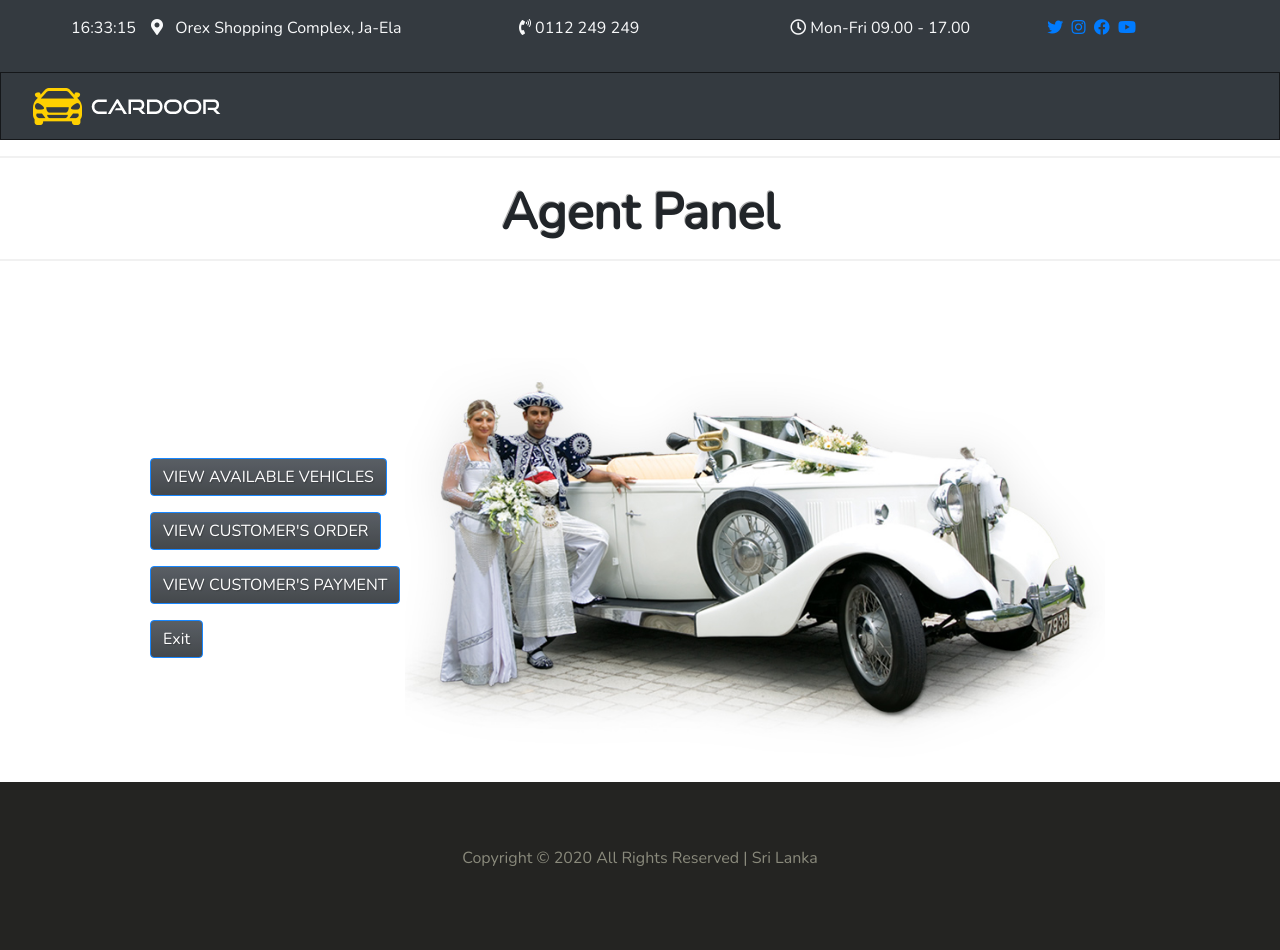
Repository: NipunLakshan99/Cardoor
Page: http://localhost/RentCar/agentHome.jsp
The author's editor kept a copy of each file at every save. The page is drawn from the files as they stood at one save, then again after the next save.
The browser window is 1280 px wide. The pictures show the whole page.
Some web libraries are served in a nearby version. The page is served by Tomcat 9. Other server files are loaded and not shown.

Above is the page before, as saved 2020-05-15 09:32:28.

### RentCar/WebContent/agentHome.jsp
<!DOCTYPE html>
<html>
<head>
<meta charset="ISO-8859-1">
<meta http-equiv="Content-Type" content="text/html; charset=ISO-8859-1">
		<link rel="stylesheet" href="https://stackpath.bootstrapcdn.com/bootstrap/4.3.1/css/bootstrap.min.css" integrity="sha384-ggOyR0iXCbMQv3Xipma34MD+dH/1fQ784/j6cY/iJTQUOhcWr7x9JvoRxT2MZw1T" crossorigin="anonymous">
		<link rel="stylesheet" href="https://bootswatch.com/4/slate/bootstrap.min.css" >
        <link rel="stylesheet" href="https://stackpath.bootstrapcdn.com/bootstrap/4.3.1/css/bootstrap.min.css" integrity="sha384-ggOyR0iXCbMQv3Xipma34MD+dH/1fQ784/j6cY/iJTQUOhcWr7x9JvoRxT2MZw1T" crossorigin="anonymous">
        <link href="https://fonts.googleapis.com/css?family=Nunito" rel="stylesheet">
        <link rel="stylesheet" href="https://use.fontawesome.com/releases/v5.8.2/css/all.css" integrity="sha384-oS3vJWv+0UjzBfQzYUhtDYW+Pj2yciDJxpsK1OYPAYjqT085Qq/1cq5FLXAZQ7Ay" crossorigin="anonymous">
        <link rel="stylesheet" href="CSS/stylesheet.css">
        <link rel="shortcut icon" href="CSS/favicon.ico" type="image/x-icon" />

<title>Agent Home</title>
</head>
<style>
 body{
  font-family: 'Nunito';
 }
 </style>
<title>Insert title here</title>
<body onload="startTime()">
<!--- Clock Display ------>
        <script>
            function startTime() {
                var today = new Date();
                var h = today.getHours();
                var m = today.getMinutes();
                var s = today.getSeconds();
                m = checkTime(m);
                s = checkTime(s);
                document.getElementById('txt').innerHTML =
                        h + ":" + m + ":" + s;
                var t = setTimeout(startTime, 500);
            }
            function checkTime(i) {
                if (i < 10) {
                    i = "0" + i
                }
                ;  // add zero in front of numbers < 10
                return i;
            }
        </script>

        <!------------------------------->


        <div class="preloader bg-dark text-light" >
            <div class="preloader-spinner" >


                <div id="header-top" class="d-none d-xl-block">
                    <div class="container">
                        <div class="row">

                            <div class="loader-content">
                                <!--<img src="CSS/img/preloader.gif">-->
                                <p id="txt"></p>

                            </div>

                            <div class="col-lg-3 text-left ">
                                <i class="fas fa-map-marker-alt"></i> &nbsp; Orex Shopping Complex, Ja-Ela
                            </div>&nbsp;&nbsp;&nbsp;&nbsp;

                            <div class="col-lg-3 text-center">
                                <i class="fas fa-phone-volume"></i> 0112 249 249
                            </div>&nbsp;&nbsp;&nbsp;&nbsp;

                            <div class="col-lg-3 text-center">
                                <i class="far fa-clock"></i> Mon-Fri 09.00 - 17.00
                            </div>&nbsp;&nbsp;&nbsp;&nbsp;&nbsp;&nbsp;


                            <div class="header-social-icons text-right">
                                <a href="#"><i class="fab fa-twitter"></i></a>&nbsp;
                                <a href="#"><i class="fab fa-instagram"></i></a>&nbsp;
                                <a href="#"><i class="fab fa-facebook"></i></a>&nbsp;
                                <a href="#"><i class="fab fa-youtube"></i></a>&nbsp;
                            </div>
                        </div>
                    </div>
                </div>
            </div>
        </div>
	 <nav class="navbar navbar-expand-lg navbar-dark bg-dark">
	 <div class="col-lg-4">
                        <a href="index.html" class="logo">
                            <img src="CSS/img/logo.png" alt="JSOFT">
                        </a>
                    </div>
  		<div class="collapse navbar-collapse" id="navbarColor02">
    	<ul class="navbar-nav mr-auto">
        <li class="nav-item active">

  		</div>
		</nav>
        <!-- /.row -->
        <section>

            <hr>
            <h1><b>Agent Panel</b></h1>
            <hr>

	<h1 style="color: #ffffff; margin-left: 580px;"></h1><br/><br/><br/>



	 <div class="btn-group-vertical" data-toggle="buttons">
	 	<a href="viewvehicles.jsp"><button type="button" class="btn btn-primary">VIEW AVAILABLE VEHICLES</button></a>
 		 <a href="viewbookings.jsp"><button type="button" class="btn btn-primary">VIEW CUSTOMER'S ORDER</button></a>
  		 <a href="payment-list.jsp"><button type="button" class="btn btn-primary">VIEW CUSTOMER'S PAYMENT</button></a>
 		 <a href="Home.jsp"><button type="button" class="btn btn-primary">Exit</button></a>

	 </div>
	 <img src="CSS/img/vehicle/wedding.jpg" width="700" height="400" class="img"/>
	 <br/>
	 <br/>

 	<section id="adddriver" class="py-5" style=" background-color: #242422;">
		<div class="footer-bottom-area">
        	<div class="container">
           		 <div class="row">
               		 <div class="col-lg-12 text-center">
                    	<p style="color: #8a8a7c;">Copyright &copy; <script>document.write(new Date().getFullYear());</script> All Rights Reserved | Sri Lanka</p>
               		 </div>
            	 </div>
            </div>
        </div>


        </section>
</body>
</html>

### RentCar/WebContent/CSS/stylesheet.css
.btn-group-vertical{

  margin-left: 150px;
}

.align text-light{
	color:black;

}

.bg-light{
	border: 1px solid 	#000000;
    margin-bottom: 25px;
}

.btn-group-vertical input[type=button]{
	width: 100%;
	height: 30px;
 	position: relative;
 	margin-left: 150px;
	}

.adddriverform{
	margin-left: 150px;
}

.viewdrivers{
	margin-left: 150px;
}

.editdriverform{
	margin-left: 150px;
}




.loginform{
		width: 100%;
  		padding: 12px 20px;
  		margin: 8px 0;
  		display: inline-block;
  		border: 1px solid #cc;
  		background: #f1f1f1;
  		box-sizing: border-box;
}

.userimg{
	margin-left:1000px;
}

.adminlogin{
	width:50%;
	margin-left: 350px;
}

.feedbackform{
	margin-left: 150px;
}

#message {
  display:none;
  background: #f1f1f1;
  color: #000;
  position: relative;
  padding: 20px;
  margin-top: 10px;
}

#message p {
  padding: 10px 35px;
  font-size: 18px;
}


.wed img{
	position:absolute;
	left:700px;
	margin-left: 70px;
	top:395px;

}

.benz img{
	position:absolute;
	left:550px;
	margin-left: 70px;
	top:350px;

}


.loginbox{
    width: 320px;
    height: 420px;
    background: #000;
    color: #fff;
    top: 50%;
    left: 50%;
    position: absolute;
    transform: translate(-50%,-50%);
    box-sizing: border-box;
    padding: 70px 30px;
}

.avatar{
    width: 100px;
    height: 100px;
    border-radius: 50%;
    position: absolute;
    top: -50px;
    left: calc(50% - 50px);
}

.loginbox h1{
    margin: 0;
    padding: 0 0 20px;
    text-align: center;
    font-size: 22px;
}

.loginbox p{
    margin: 0;
    padding: 0;
    font-weight: bold;
}

.loginbox input{
    width: 100%;
    margin-bottom: 20px;
}

.loginbox input[type="text"], input[type="password"]
{
    border: none;
    border-bottom: 1px solid #fff;
    background: transparent;
    outline: none;
    height: 40px;
    color: #fff;
    font-size: 16px;
}

.loginbox input[type="password"]
{
	 border: none;
    border-bottom: 1px solid #fff;
    background: transparent;
    outline: none;
    height: 40px;
    color: #fff;
    font-size: 16px;
}
.loginbox input[type="submit"]
{
    border: none;
    outline: none;
    height: 40px;
    background: #fb2525;
    color: #fff;
    font-size: 18px;
    border-radius: 20px;
}
.loginbox input[type="submit"]:hover
{
    cursor: pointer;
    background: #ffc107;
    color: #000;
}
.loginbox a{
    text-decoration: none;
    font-size: 12px;
    line-height: 20px;
    color: darkgrey;
}

.loginbox a:hover
{
    color: #ffc107;
}

.footer {
  position: fixed;
  left: 0;
  bottom: 0;
  width: 100%;
   height: 10%;
  background-color: #242422;
  color: white;
  text-align: center;
}

h1{
	text-align: center;
    font-size: 50px;
}

* {box-sizing: border-box}
/* Full-width input fields */
  input[type=text], input[type=password] {
  width: 100%;
  padding: 15px;
  margin: 5px 0 22px 0;
  display: inline-block;
  border: none;
  background: #f1f1f1;
}

/* Add a background color when the inputs get focus */
input[type=text]:focus, input[type=password]:focus {
  background-color: #ddd;
  outline: none;
}

/* Set a style for all buttons */
 button {
  background-color: #4CAF50;
  color: white;
  padding: 14px 20px;
  margin: 8px 0;
  border: none;
  cursor: pointer;
  width: 100%;
  opacity: 0.9;
}

button:hover {
  opacity:1;
}

/* Extra styles for the cancel button */
.cancelbtn {
  padding: 14px 20px;
  background-color: #f44336;
}

/* Float cancel and signup buttons and add an equal width */
.cancelbtn, .signupbtn {
  float: left;
  width: 50%;
}

/* Add padding to container elements */
.container {
  padding: 16px;
}

/* The Modal (background) */
.modal {
  display: none; /* Hidden by default */
  position: fixed; /* Stay in place */
  z-index: 1; /* Sit on top */
  left: 0;
  top: 0;
  width: 100%; /* Full width */
  height: 100%; /* Full height */
  overflow: auto; /* Enable scroll if needed */
  background-color: #474e5d;
  padding-top: 50px;
}

/* Modal Content/Box */
.modal-content {
  background-color: #fefefe;
  margin: 5% auto 15% auto; /* 5% from the top, 15% from the bottom and centered */
  border: 1px solid #888;
  width: 80%; /* Could be more or less, depending on screen size */
}

/* Style the horizontal ruler */
hr {
  border: 1px solid #f1f1f1;
  margin-bottom: 25px;
}

/* The Close Button (x) */
.close {
  position: absolute;
  right: 35px;
  top: 15px;
  font-size: 40px;
  font-weight: bold;
  color: #f1f1f1;
}

.close:hover,
.close:focus {
  color: #f44336;
  cursor: pointer;
}

/* Clear floats */
.clearfix::after {
  content: "";
  clear: both;
  display: table;
}

/* Change styles for cancel button and signup button on extra small screens */
@media screen and (max-width: 300px) {
  .cancelbtn, .signupbtn {
    width: 100%;
  }
}

.btnbutton{
	background-color: #4CAF50;
  color: white;
  padding: 14px 20px;
  margin: 8px 0;
  border: none;
  cursor: pointer;
  width: 15%;
  opacity: 0.9;
}

After the next save:
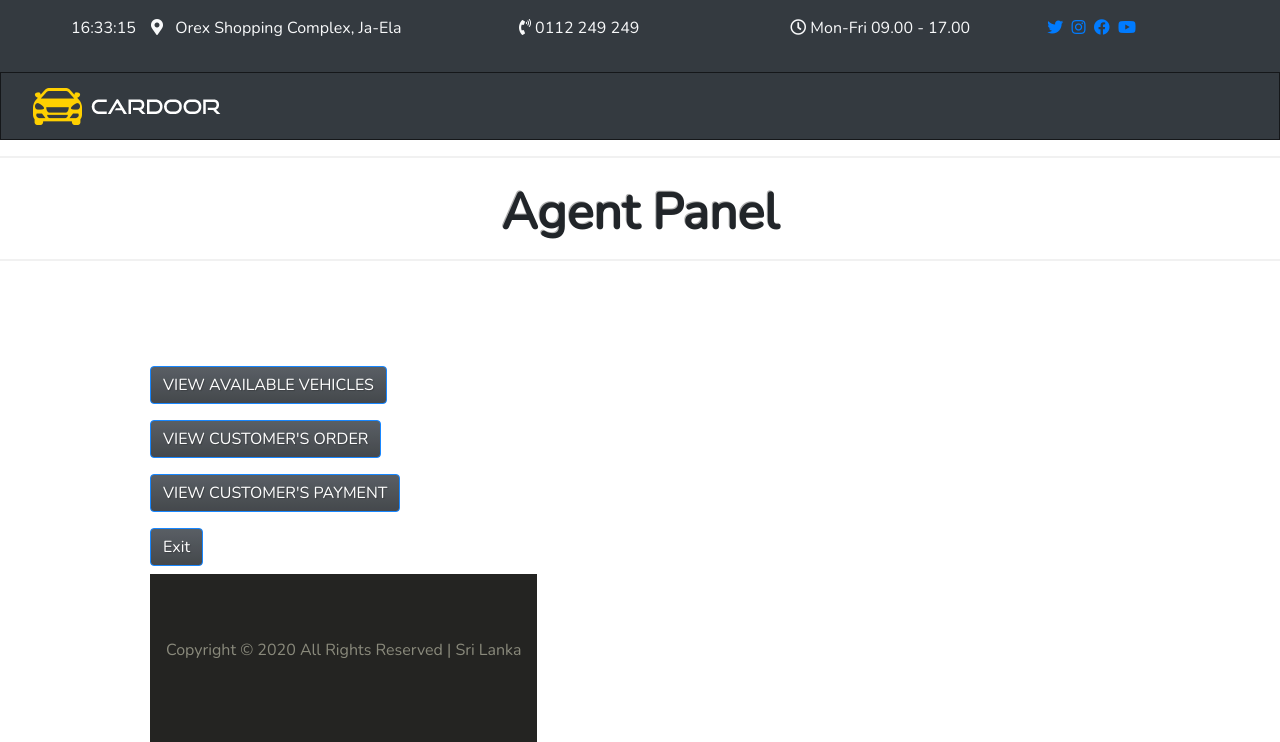
Saved 26 s later.
--- a/RentCar/WebContent/agentHome.jsp
+++ b/RentCar/WebContent/agentHome.jsp
@@ -112,10 +112,7 @@
   		 <a href="payment-list.jsp"><button type="button" class="btn btn-primary">VIEW CUSTOMER'S PAYMENT</button></a>
  		 <a href="Home.jsp"><button type="button" class="btn btn-primary">Exit</button></a>
 
-	 </div>
-	 <img src="CSS/img/vehicle/wedding.jpg" width="700" height="400" class="img"/>
-	 <br/>
-	 <br/>
+
 
  	<section id="adddriver" class="py-5" style=" background-color: #242422;">
 		<div class="footer-bottom-area">
